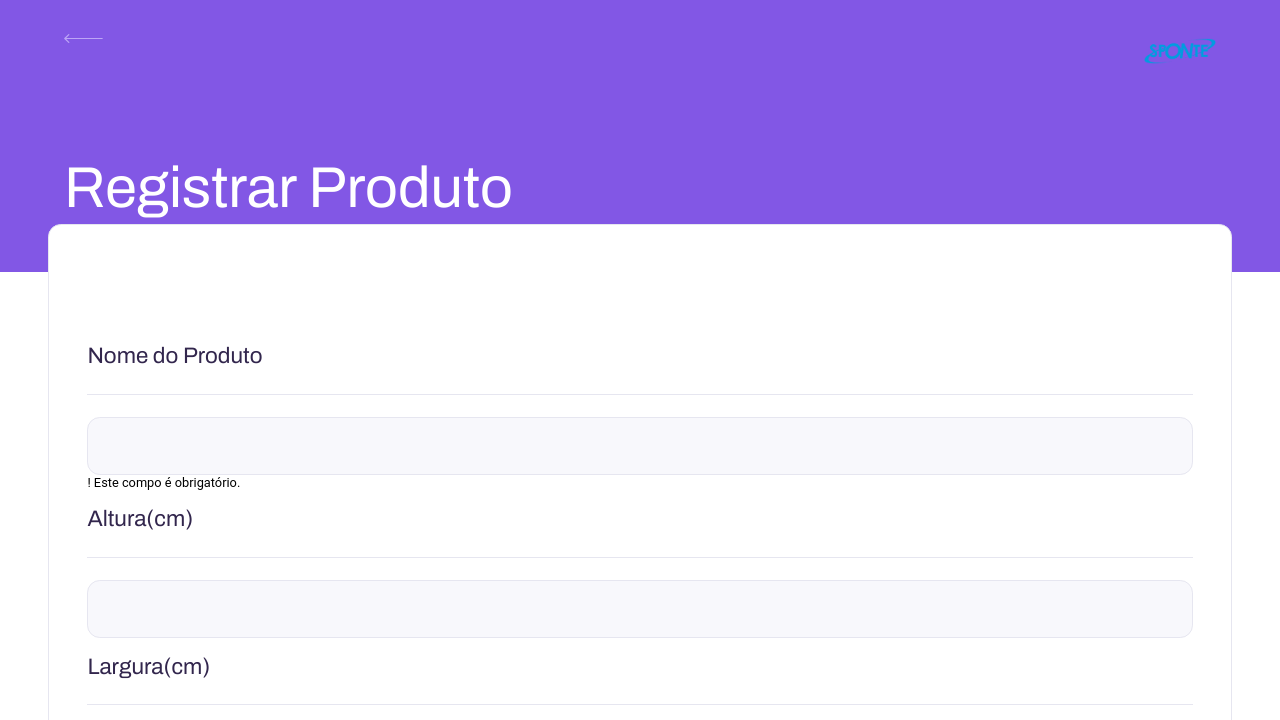
Repository: Henrique-Hoi-Dev/avalia-o-front-end
Page: /record-product (app in web/)
These files come from the project's save history. The page is drawn as it stood at one moment and after the next save; the edit follows.
The browser window is 1280 px wide. The pictures show the whole page.
An inner scrolling area shows only its first screen. The project was rebuilt for these pictures with package versions that can differ from the ones it lists, and the page was loaded fresh each time. Also part of the build but not shown: web/src/pages/Home/styles.js, web/src/pages/Home/index.js, web/src/components/HeaderList/styles.js, web/src/components/HeaderList/index.js, web/src/pages/ListProduct/styles.js, web/src/pages/ListProduct/index.js.

Above is the page before, as saved 2020-09-01 21:14:45.

### web/public/index.html
<!DOCTYPE html>
<html lang="en">
  <head>
    <meta charset="utf-8" />
    <link rel="icon" href="%PUBLIC_URL%/favicon.ico" />
    <meta name="viewport" content="width=device-width, initial-scale=1" />
    <meta name="theme-color" content="#000000" />
    <meta
      name="description"
      content="Web site created using create-react-app"
    />
    <link
      href="https://fonts.googleapis.com/css2?family=Archivo:ital,wght@0,400;1,700&family=Poppins&display=swap"
      rel="stylesheet"
    />

    <title>Controle de estoque</title>
  </head>
  <body>
    <noscript>You need to enable JavaScript to run this app.</noscript>
    <div id="root"></div>
  </body>
</html>

### web/src/App.js
import React from 'react';
import Routes from './routes';

import GlobalStyle from './styles/global';

function App() {
  return (
    <>
      <Routes />
      <GlobalStyle />
    </>
  );
}

export default App;

### web/src/routes.js
import React from 'react';
import { BrowserRouter, Route } from 'react-router-dom';

import Home from './pages/Home';
import ListProduct from './pages/ListProduct';
import RegistrationProduct from './pages/RegistrationProduct';

function Routes() {
  return (
    <BrowserRouter>
      <Route path="/" exact component={Home} />
      <Route path="/list" component={ListProduct} />
      <Route path="/record-product" component={RegistrationProduct} />
    </BrowserRouter>
  );
}

export default Routes;

### web/src/styles/global.js
import { createGlobalStyle } from 'styled-components';

export default createGlobalStyle`


  * {
    margin: 0;
    padding: 0;
    outline: 0;
    border: 0;
    box-sizing: border-box;
  }
  html, body, #root {
    height: 100%;
    overflow-x: hidden;
  }


  body {
    background: linear-gradient(-70deg #f0f0f7);
    -webkit-font-smoothing: antialiased !important;

  }

  body, input, button {

    font-size: 14px;
    font-family: 'Roboto', sans-serif;
  }

  button {
    cursor: pointer;
  }

  :root {

  --color-background: #f0f0f7;
  --color-primary-lighter: #9871f5;
  --color-primary-light: #916bea;
  --color-primary: #8257e5;
  --color-primary-dark: #774dd6;
  --color-primary-darker: #6842c2;
  --color-secundary: #04d361;
  --color-secundary-dark: #04bf58;
  --color-title-in-primary: #ffffff;
  --color-text-in-primary: #d4c2ff;
  --color-text-title: #32264d;
  --color-text-complement: #9c98a6;
  --color-text-base: #6a6180;
  --color-line-in-white: #e6e6f0;
  --color-input-background: #f8f8fc;
  --color-button-text: #ffffff;
  --color-box-base: #ffffff;
  --color-box-footer: #fafafc;
}
`;

### web/src/pages/RegistrationProduct/index.js
import React from 'react';
import { Formik, Field, Form } from 'formik';
import * as Yup from 'yup';

import { FcHighPriority } from 'react-icons/fc';
import { Container } from './styles';
import Header from '../../components/HeaderRecord';

const schema = Yup.object().shape({
  name: Yup.string()
    .required('! Este compo é obrigatório.')
    .max(100, '! No máximo 100 caracteres'),
  categoria: Yup.string()
    .email('! Este compo é obrigatório.')
    .required('! Este compo é obrigatório.'),
  altura: Yup.number().required('! Este compo é obrigatório.'),
  lagura: Yup.number().required('! Este compo é obrigatório.'),
  comprimento: Yup.number().required('! Este compo é obrigatório.'),
  codigoDeBarra: Yup.number().required('! Este compo é obrigatório.'),
  peso: Yup.number().required('! Este compo é obrigatório.'),
  preço: Yup.number().required('! Este compo é obrigatório.'),
  categoria: Yup.string().required('! Este compo é obrigatório.'),
  diaDaSemana: Yup.string().required('! Este compo é obrigatório.'),
  horario: Yup.string().required('! Este compo é obrigatório.'),
});

function RegistrationProduct() {
  function onSubmit(values, actions) {
    console.log(values);
  }
  return (
    <Container>
      <Header />
      <div className="header-main">
        <Formik
          onSubmit={onSubmit}
          validationSchema={schema}
          validateOnMount
          initialValues={{
            name: '',
            categoria: 'celular',
            altura: '',
            largura: '',
            comprimento: '',
            codigoDeBarra: '',
            peso: '',
            preço: '',
            categoria: '',
            diaDaSemana: 'domingo',
            horario: '',
          }}
          render={({ values, errors }) => (
            <Form className="form-input">
              <div className="header-title">
                <label htmlFor="name">Nome do Produto</label>
                <Field name="name" type="text" />
                <span>{errors.name}</span>
                <label htmlFor="altura">Altura(cm)</label>
                <Field name="altura" type="number" />

                <label htmlFor="largura">Largura(cm)</label>
                <Field name="largura" type="number" />

                <label htmlFor="comprimento">Comprimento(cm)</label>
                <Field name="comprimento" type="number" />

                <label htmlFor="codigoDeBarra">Código de barra</label>
                <Field name="codigoDeBarra" type="number" />

                <label htmlFor="peso">Peso do produto(Kg)</label>
                <Field name="peso" type="number" />

                <label htmlFor="preço">Preço(R$)</label>
                <Field name="preço" type="number" />
                <div className="select">
                  <label htmlFor="categoria">Categoria</label>
                  <Field component="select" id="location" name="categoria">
                    <option value="celular">Celular</option>
                    <option value="tvs">Tvs</option>
                    <option value="notbook">Notbook</option>
                    <option value="acessorios">Acessórios</option>
                  </Field>

                  <label htmlFor="diaDaSemana">Dia da semana</label>
                  <Field component="select" id="location" name="diaDaSemana">
                    <option value="domingo">Domingo</option>
                    <option value="segunda-feira">Segunda-feira</option>
                    <option value="terça-feira">Terça-feira</option>
                    <option value="quarta-feira">Quarta-feira</option>
                    <option value="quinta-feira">Quinta-feira</option>
                    <option value="sexta-feira">Sexta-feira</option>
                    <option value="sabado">Sábado</option>
                  </Field>
                </div>
                <label htmlFor="horario">Horário</label>
                <Field name="horario" type="time" />

                <label htmlFor="descriçao">Descrição</label>
                <textarea></textarea>
                <footer>
                  <p>
                    Importante! <br />
                    Preencha todos os dados
                    <FcHighPriority />
                  </p>
                  <button>Imagem</button>
                  <button type="submit">Salvar</button>
                </footer>
              </div>
            </Form>
          )}
        />
      </div>
    </Container>
  );
}

export default RegistrationProduct;

### web/src/pages/RegistrationProduct/styles.js
import styled from 'styled-components';
import { darken } from 'polished';

export const Container = styled.div`
  width: 100vw;
  height: 100vh;
  font-size: 0.8rem;

  .header-main {
    background: var(--color-box-base);
    width: 100%;
    max-width: 74rem;
    border: 0.1rem solid var(--color-line-in-white);
    border-radius: 0.8rem;
    margin: -3rem auto 3.2rem;
    padding-top: 6.4rem;
    overflow: hidden;
  }

  input,
  select {
    width: 100%;
    height: 3.6rem;
    border-radius: 0.8rem;
    background: var(--color-input-background);
    border: 1px solid var(--color-line-in-white);
    outline: 0;
    padding: 0 1.6rem;
    font: 1.6rem Archivo;
  }

  .form-input {
    border: 0;
    padding: 0 2.4rem;
    margin-top: 0.1rem;

    button {
      background: none;
      border: 0;
      margin: 1rem;
      color: var(--color-primary);
      font: 700 1.6rem Archivo;
      cursor: pointer;
      transition: color 0.2s;

      &:hover {
        color: ${darken(0.03, '#6842c2')};
      }
    }
  }

  .header-title {
    label {
      font: 700 1.4rem Archivo;
      color: var(--color-text-title);
      margin-bottom: 1.4rem;
      margin-top: 1rem;
      display: flex;
      align-items: center;
      justify-content: space-between;
      width: 100%;
      padding-bottom: 1.6rem;
      border-bottom: 1px solid var(--color-line-in-white);
    }

    textarea {
      width: 100%;
      min-height: 8rem;
      margin-top: 0.8rem;
      border-radius: 0.8rem;
      background: var(--color-input-background);
      border: 1px solid var(--color-line-in-white);
      outline: 0;
      resize: vertical;
      padding: 1.2rem 1.6rem;
      font: 1.6rem Archivo;
    }
    p {
      display: flex;
      align-items: center;
      font-size: 1.4rem;
      line-height: 2.4rem;
      color: var(--color-text-complement);
    }

    main {
      margin: 3.2rem auto;
      width: 90%;
    }

    footer {
      padding: 4rem 6.4rem;
      display: flex;
      align-items: center;
      justify-content: space-between;

      p {
        justify-content: space-between;
      }
    }
  }
`;

### web/src/components/HeaderRecord/index.js
import React from 'react';
import { Link } from 'react-router-dom';

import { PageHeader } from './styles';
import backIcon from '../../assets/back.svg';
import logo from '../../assets/logo.png';

function HeaderRecord() {
  return (
    <PageHeader>
      <div className="header">
        <Link to="/">
          <img src={backIcon} alt="voltar" />
        </Link>
        <img src={logo} alt="voltar" />
      </div>

      <div className="header-content">
        <h2>Registrar Produto</h2>
      </div>
    </PageHeader>
  );
}

export default HeaderRecord;

### web/src/components/HeaderRecord/styles.js
import styled from 'styled-components';

export const PageHeader = styled.div`
  display: flex;
  flex-direction: column;
  background-color: var(--color-primary);

  .header {
    width: 90%;
    margin: 0 auto;
    display: flex;
    justify-content: space-between;
    align-items: center;
    color: var(--color-text-in-primary);
    padding: 1.6rem 0;

    a {
      height: 3.2rem;
      transition: opacity 0.2s;

      :hover {
        opacity: 0.6;
      }
    }

    img {
      height: 1.6rem;
    }
  }

  .header-content {
    width: 90%;
    margin: 0 auto;
    position: relative;
    margin: 3.2rem auto;

    a {
      font: 700 3.6rem Archivo;
      line-height: 4.2rem;
      color: var(--color-title-in-primary);
    }

    h2 {
      font: 700 3.6rem Archivo;
      line-height: 4.2rem;
      color: var(--color-title-in-primary);
    }
  }
`;

Loaded but not shown: web/src/index.js (common file)

After the next save:
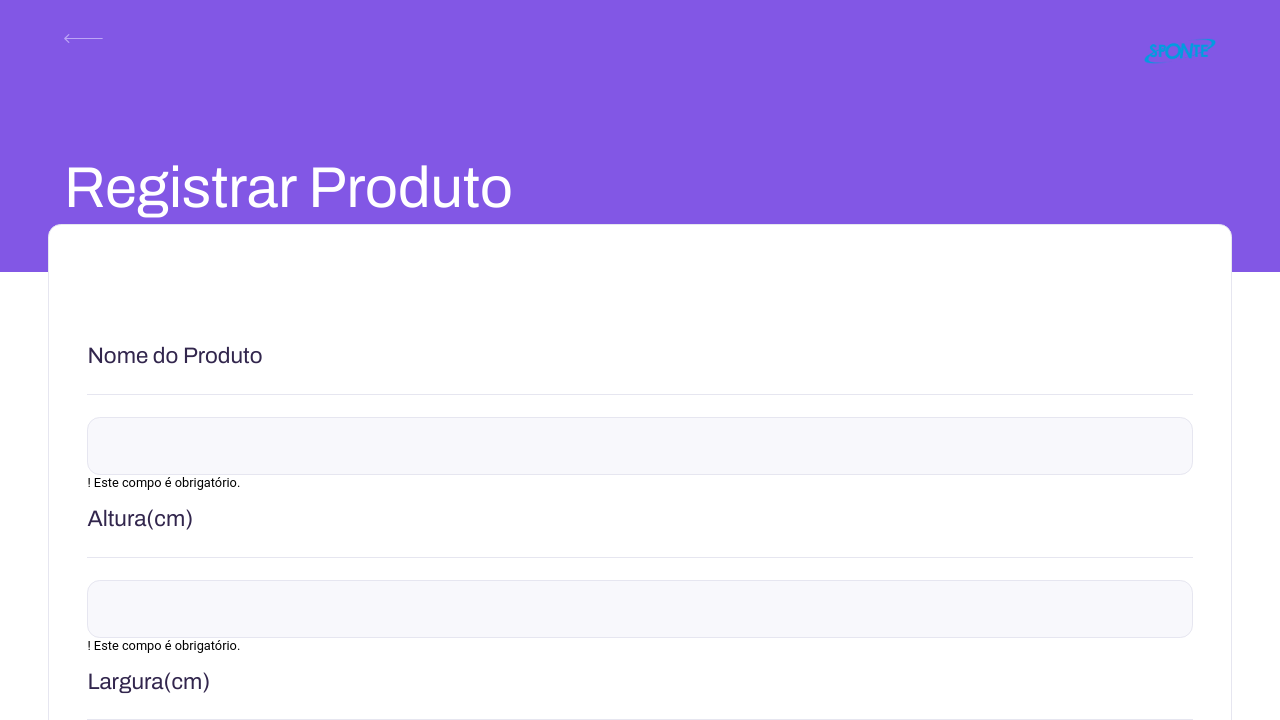
Saved 67 s later.
--- a/web/src/pages/RegistrationProduct/index.js
+++ b/web/src/pages/RegistrationProduct/index.js
@@ -55,43 +55,50 @@ function RegistrationProduct() {
                 <label htmlFor="name">Nome do Produto</label>
                 <Field name="name" type="text" />
                 <span>{errors.name}</span>
+
                 <label htmlFor="altura">Altura(cm)</label>
                 <Field name="altura" type="number" />
+                <span>{errors.name}</span>
 
                 <label htmlFor="largura">Largura(cm)</label>
                 <Field name="largura" type="number" />
+                <span>{errors.name}</span>
 
                 <label htmlFor="comprimento">Comprimento(cm)</label>
                 <Field name="comprimento" type="number" />
+                <span>{errors.name}</span>
 
                 <label htmlFor="codigoDeBarra">Código de barra</label>
                 <Field name="codigoDeBarra" type="number" />
+                <span>{errors.name}</span>
 
                 <label htmlFor="peso">Peso do produto(Kg)</label>
                 <Field name="peso" type="number" />
+                <span>{errors.name}</span>
 
                 <label htmlFor="preço">Preço(R$)</label>
                 <Field name="preço" type="number" />
-                <div className="select">
-                  <label htmlFor="categoria">Categoria</label>
-                  <Field component="select" id="location" name="categoria">
-                    <option value="celular">Celular</option>
-                    <option value="tvs">Tvs</option>
-                    <option value="notbook">Notbook</option>
-                    <option value="acessorios">Acessórios</option>
-                  </Field>
+                <span>{errors.name}</span>
 
-                  <label htmlFor="diaDaSemana">Dia da semana</label>
-                  <Field component="select" id="location" name="diaDaSemana">
-                    <option value="domingo">Domingo</option>
-                    <option value="segunda-feira">Segunda-feira</option>
-                    <option value="terça-feira">Terça-feira</option>
-                    <option value="quarta-feira">Quarta-feira</option>
-                    <option value="quinta-feira">Quinta-feira</option>
-                    <option value="sexta-feira">Sexta-feira</option>
-                    <option value="sabado">Sábado</option>
-                  </Field>
-                </div>
+                <label htmlFor="categoria">Categoria</label>
+                <Field component="select" id="location" name="categoria">
+                  <option value="celular">Celular</option>
+                  <option value="tvs">Tvs</option>
+                  <option value="notbook">Notbook</option>
+                  <option value="acessorios">Acessórios</option>
+                </Field>
+
+                <label htmlFor="diaDaSemana">Dia da semana</label>
+                <Field component="select" id="location" name="diaDaSemana">
+                  <option value="domingo">Domingo</option>
+                  <option value="segunda-feira">Segunda-feira</option>
+                  <option value="terça-feira">Terça-feira</option>
+                  <option value="quarta-feira">Quarta-feira</option>
+                  <option value="quinta-feira">Quinta-feira</option>
+                  <option value="sexta-feira">Sexta-feira</option>
+                  <option value="sabado">Sábado</option>
+                </Field>
+
                 <label htmlFor="horario">Horário</label>
                 <Field name="horario" type="time" />
 
